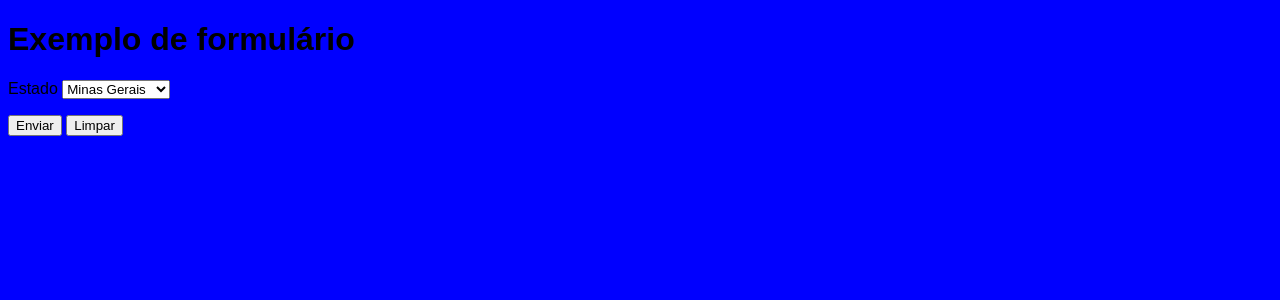
Repository: Codigo404q/html-css
Page: exercicios/ex025/form007.html
The author's editor kept a copy of each file at every save. The page is drawn from the files as they stood at one save, then again after a run of saves.
The browser window is 1280 px wide. The pictures show the whole page.

Above is the page before, as saved 2024-01-30 22:18:44.

### exercicios/ex025/form007.html
<!DOCTYPE html>
<html lang="pt-br">
<head>
    <meta charset="UTF-8">
    <meta name="viewport" content="width=device-width, initial-scale=1.0">
    <title>Formulário</title>
    <style>
       body {
            background-color: blue;
            font-family: Arial, Helvetica, sans-serif;
        }
    </style>
</head>
<body>
    <h1>Exemplo de formulário</h1>
    <form action="cadastro.lua" method="get" autocomplete="on">
        <p>
            <label for="iest"> Estado</label>
            <select name="estado" id="iest">
                <option value="MG">Minas Gerais</option>
                <option value="RJ">Rio de Janeiro</option>
                <option value="SP">São Paulo</option>

            </select>
        </p>

        <p>
            <input type="submit" value="Enviar">
            <input type="reset" value="Limpar">
        </p>

    </form>
</body>
</html>

After the next 2 saves:
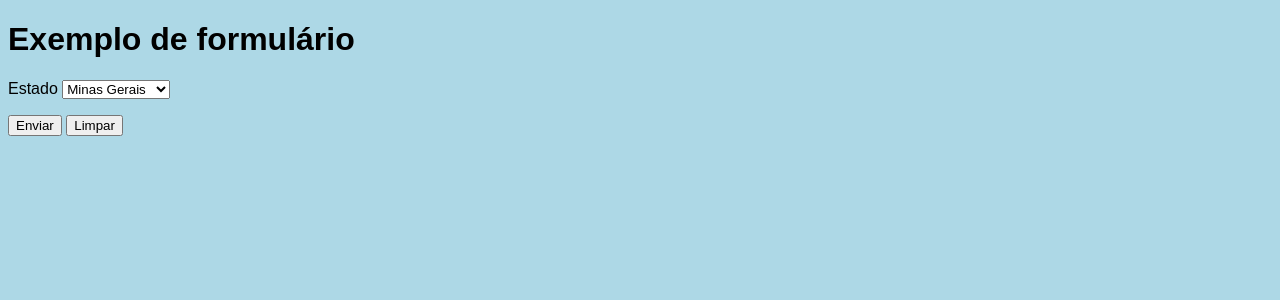
The 2 saves are shown as one change because they came seconds apart.
The last was saved 20 s later.
--- a/exercicios/ex025/form007.html
+++ b/exercicios/ex025/form007.html
@@ -6,7 +6,7 @@
     <title>Formulário</title>
     <style>
        body {
-            background-color: blue;
+            background-color: lightblue;
             font-family: Arial, Helvetica, sans-serif;
         }
     </style>
